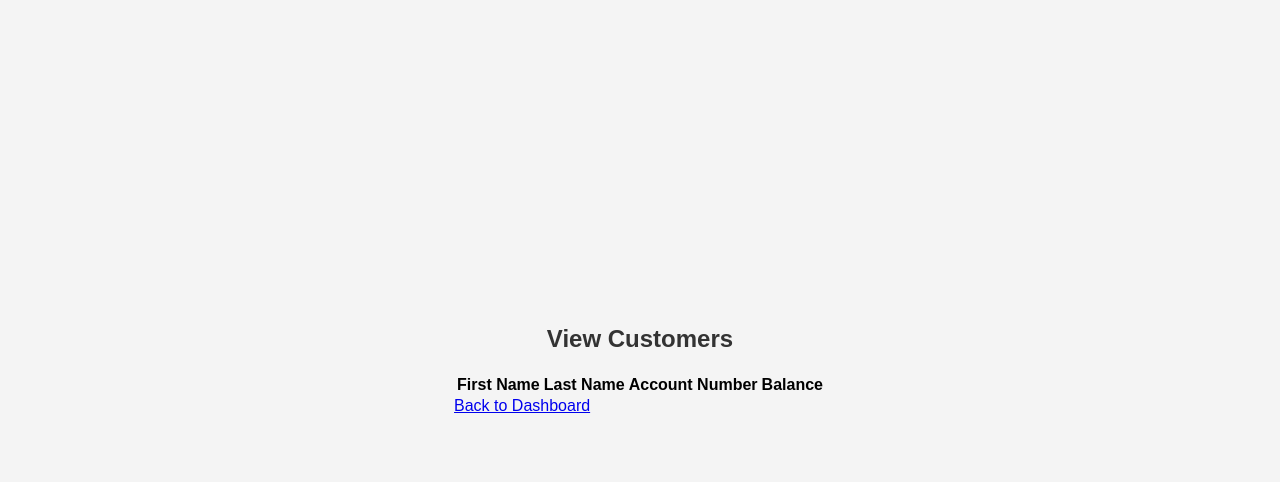
Repository: vinayakGarudi2002/swabhavTrainingProjects
Page: http://localhost/01_banking_application/viewCustomers.jsp
These files come from the project's save history. The page is drawn as it stood at one moment and after the next save; the edit follows.
The browser window is 1280 px wide. The pictures show the whole page.
The page is served by Tomcat 9. Queries for data that is not in the repository find no rows.

Above is the page before, as saved 2024-08-12 10:59:59.

After the next save:
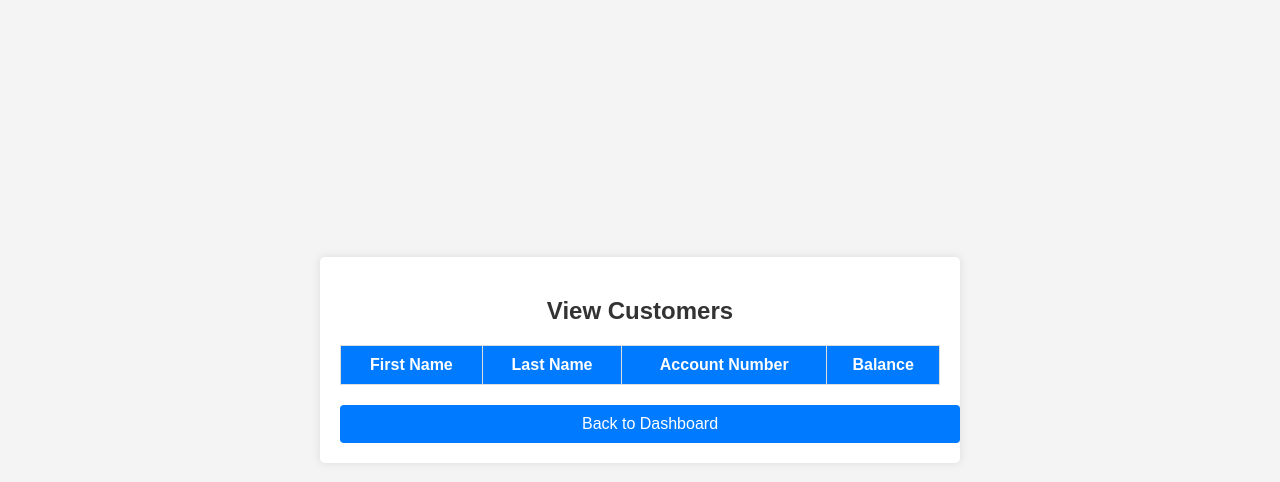
Saved 4 min 17 s later.
--- a/01_banking_application/WebContent/viewCustomers.jsp
+++ b/01_banking_application/WebContent/viewCustomers.jsp
@@ -10,11 +10,64 @@
     <meta charset="UTF-8">
     <title>View Customers</title>
     <link rel="stylesheet" type="text/css" href="static/css/styles.css">
+    <style>
+        .customer-view-container {
+            background-color: #fff;
+            padding: 20px;
+            border-radius: 5px;
+            box-shadow: 0 0 10px rgba(0, 0, 0, 0.1);
+            width: 600px;
+            margin: 50px auto;
+        }
+
+        .customer-view-container h2 {
+            text-align: center;
+            margin-bottom: 20px;
+            color: #333;
+        }
+
+        table {
+            width: 100%;
+            border-collapse: collapse;
+            margin-bottom: 20px;
+        }
+
+        table th, table td {
+            border: 1px solid #ddd;
+            padding: 10px;
+            text-align: center;
+        }
+
+        table th {
+            background-color: #007bff;
+            color: white;
+        }
+
+        table td {
+            background-color: #f9f9f9;
+            color: #333;
+        }
+
+        a {
+            display: block;
+            width: 100%;
+            padding: 10px;
+            background-color: #007bff;
+            color: white;
+            text-align: center;
+            border-radius: 4px;
+            text-decoration: none;
+            font-size: 16px;
+        }
+
+        a:hover {
+            background-color: #0056b3;
+        }
+    </style>
 </head>
 <body>
     <div class="customer-view-container">
         <h2>View Customers</h2>
-
         <table>
             <tr>
                 <th>First Name</th>

After the save that followed:
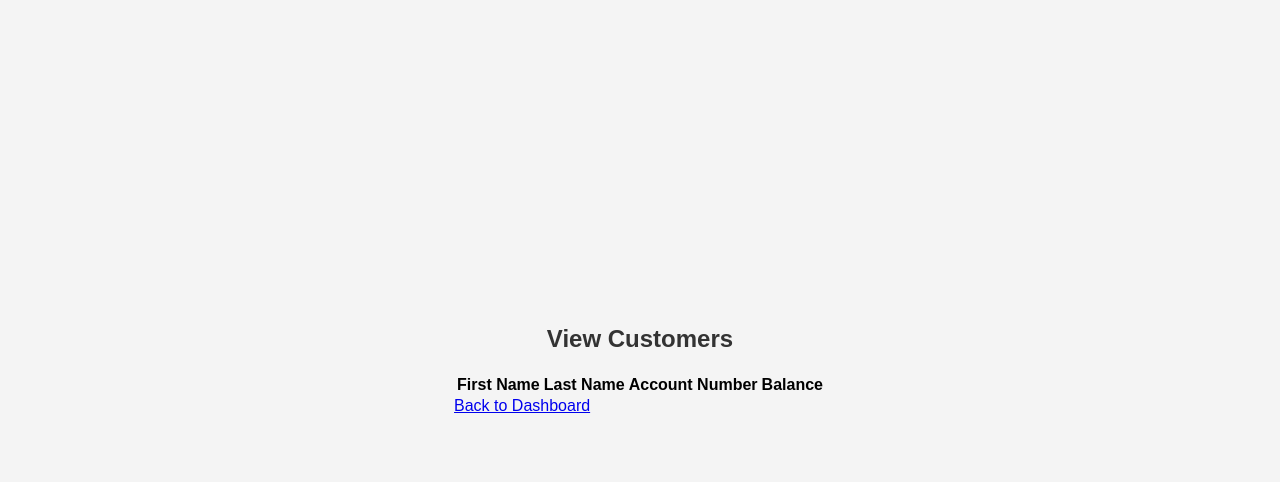
Saved 39 s later.
--- a/01_banking_application/WebContent/viewCustomers.jsp
+++ b/01_banking_application/WebContent/viewCustomers.jsp
@@ -11,58 +11,7 @@
     <title>View Customers</title>
     <link rel="stylesheet" type="text/css" href="static/css/styles.css">
     <style>
-        .customer-view-container {
-            background-color: #fff;
-            padding: 20px;
-            border-radius: 5px;
-            box-shadow: 0 0 10px rgba(0, 0, 0, 0.1);
-            width: 600px;
-            margin: 50px auto;
-        }
 
-        .customer-view-container h2 {
-            text-align: center;
-            margin-bottom: 20px;
-            color: #333;
-        }
-
-        table {
-            width: 100%;
-            border-collapse: collapse;
-            margin-bottom: 20px;
-        }
-
-        table th, table td {
-            border: 1px solid #ddd;
-            padding: 10px;
-            text-align: center;
-        }
-
-        table th {
-            background-color: #007bff;
-            color: white;
-        }
-
-        table td {
-            background-color: #f9f9f9;
-            color: #333;
-        }
-
-        a {
-            display: block;
-            width: 100%;
-            padding: 10px;
-            background-color: #007bff;
-            color: white;
-            text-align: center;
-            border-radius: 4px;
-            text-decoration: none;
-            font-size: 16px;
-        }
-
-        a:hover {
-            background-color: #0056b3;
-        }
     </style>
 </head>
 <body>
